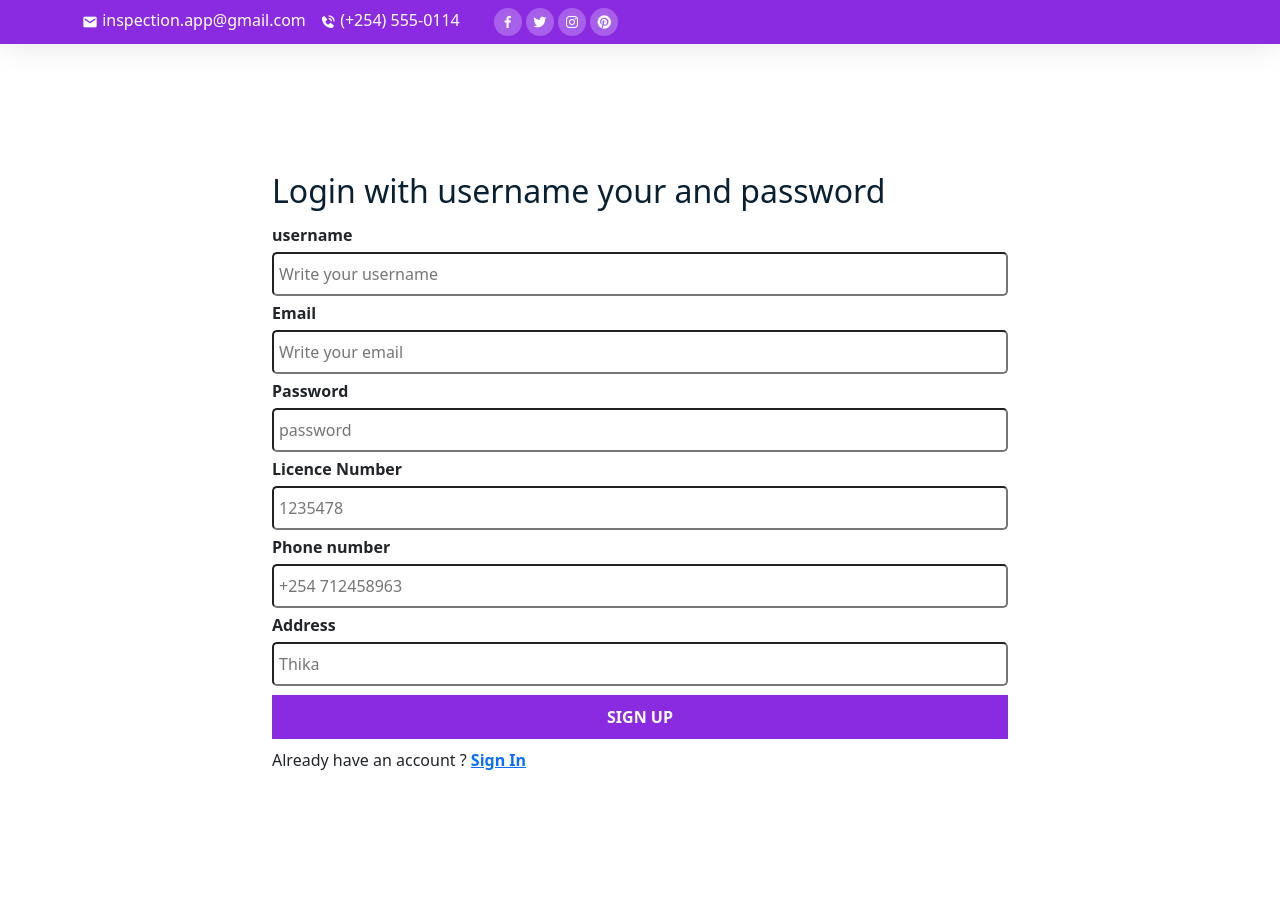
Repository: NDISHAW/Inspectionapp-rails
Page: public/signup.html
These files come from the project's save history. The page is drawn as it stood at one moment and after the next save; the edit follows.
The browser window is 1280 px wide. The pictures show the whole page.

Above is the page before, as saved 2022-10-09 04:46:52.

### public/signup.html
<!DOCTYPE html>
<html lang="en">
  <head>
    <meta charset="UTF-8" />
    <meta http-equiv="X-UA-Compatible" content="IE=edge" />
    <meta name="viewport" content="width=device-width, initial-scale=1.0" />
    <title>Sign up</title>
    <link rel="stylesheet" href="css/style.css">
    <link rel="stylesheet" href="css/bootstrap.min.css">
    <link rel="stylesheet" href="css/owl.carousel.min.css">
    <link rel="stylesheet" href="css/owl.theme.default.min.css">
    <link href='https://unpkg.com/boxicons@2.1.1/css/boxicons.min.css' rel='stylesheet'>

    <script src="/js/axios/dist/axios.min.js"></script>
  </head>
  <body data-bs-spy="scroll" data-bs-target=".navbar" data-bs-offset="70">


      <!-- TOP NAV -->
      <div class="top-nav navbar" id="home">
          <div class="container">
              <div class="row justify-content-between">
                  <div class="col-auto">
                      <p> <i class='bx bxs-envelope'></i> inspection.app@gmail.com</p>
                      <p> <i class='bx bxs-phone-call'></i> (+254) 555-0114</p>
                  </div>
                  <div class="col-auto social-icons">
                      <a href="#"><i class='bx bxl-facebook'></i></a>
                      <a href="#"><i class='bx bxl-twitter'></i></a>
                      <a href="#"><i class='bx bxl-instagram'></i></a>
                      <a href="#"><i class='bx bxl-pinterest'></i></a>
                  </div>
              </div>
          </div>
      </div>

    <section id="about">
      <div class="container">
        <div class="row justify-content-center">
          <div class="col-lg-8 py-5">
            <div class="row">
              <h2>Login with username your and password</h2>
              <div class="col-12">
      <!-- username  -->
      <div class="username">
        <label for="username">username</label>
        <input
          type="username"
          name="username"
          id="username"
          placeholder="Write your username"
        />
      </div>
      <!-- Email  -->
      <div class="email">
        <label for="email">Email</label>
        <input
          type="email"
          name="email"
          id="email"
          placeholder="Write your email"
        />
      </div>
      <!-- passWord -->
      <div class="pass">
        <label for="password">Password</label>
        <input
          type="password"
          name="password"
          id="password"
          placeholder="password"
        />
      </div>
      <!-- licence_no -->
      <div class="pass">
        <label for="licence_no">Licence Number</label>
        <input
          name="licence_no"
          id="licence_no"
          placeholder="1235478"
        />
      </div>

      <!-- phone -->
      <div class="pass">
        <label for="phone">Phone number</label>
        <input
          name="phone"
          id="phone"
          placeholder="+254 712458963"
        />
      </div>

      <!-- address -->
      <div class="pass">
        <label for="address">Address</label>
        <input
          type="address"
          name="address"
          id="address"
          placeholder="Thika"
        />
      </div>
      <!-- Rails button -->
      <!-- <button id="submit-btn" onclick="rails()">Rails test</button> -->
      <!-- Sign Up button -->
      <button id="submit-btn" onclick="signUp();">Sign Up</button>
      <!-- Sign In option -->
      <p>Already have an account ?</p>
      <span><a href="signIn.html">Sign In</a></span>
    </div>
    </div>
    </div>
    </section>
  </div>
    <script src="main.js"></script>
  </body>
</html>

### public/css/style.css
@import url('https://fonts.googleapis.com/css2?family=Barlow:wght@400;500;600;700&display=swap');

:root {
    --brand: blueviolet;
    --dark: #092032;
    --body: #516171;
    --border: rgba(0,0,0,0.08);
    --shadow: 0px 6px 30px rgba(0, 0, 0, 0.08);

}

body {
    font-family: "Barlow", sans-serif;
    color: var(--body);
    line-height: 1.7;
}

h1,h2,h3,h4,h5,h6,
.display-1,.display-2,.display-3,.display-4 {
    font-weight: 700;
    color: var(--dark);
}

.bg-cover {
    background-size: cover;
    background-position: center;
    background-repeat: no-repeat;
}

img {
    width: 100%;
}

a {
    color: var(--dark);
    transition: all 0.4s ease;
    font-weight: 500;
}

a:hover {
    color: var(--brand);
}

section {
    padding-top: 80px;
    padding-bottom: 80px;
}

.text-brand {
    color: var(--brand) !important;
}


.hero-slider .owl-prev,
.hero-slider .owl-next{
    background-color: rgba(255, 255, 255, 0.3) !important;
    width: 60px !important;
    height: 60px !important;
    display: block;
    display: grid;
    place-items: center;
    color: #fff !important;
    border-radius: 100px;
    line-height: 0;
    border-radius: 100px !important;
    position: absolute;
    top: 50%;
    font-weight: 600 !important;
    font-size: 12px !important;
    transition: all 0.4s ease;
    margin-top: -30px !important;
}

.owl-prev {
    left: 0;
}
.owl-next {
    right: 0;
}

.hero-slider .owl-prev:hover,
.hero-slider .owl-next:hover {
    background-color: var(--brand) !important;
}

.owl-dot.active span{
    background-color: var(--brand) !important;
}


 /* slide */
 .slide {
     min-height: 100vh;
     display: flex;
     align-items: center;
     justify-content: center;
     position: relative;
}

.slide1 {
    background: linear-gradient(rgba(0, 0, 0, 0.4), rgba(0, 0, 0, 0.4)), url(../img/mec2.jpg);
    background-size: cover;
    background-position: center;
    background-repeat: no-repeat;
}

.slide2 {
    background: linear-gradient(rgba(0, 0, 0, 0.4), rgba(0, 0, 0, 0.4)), url(../img/world3.jpg);
    background-size: cover;
    background-position: center;
    background-repeat: no-repeat;
}

.slide .display-3 {
    text-transform: uppercase;
    color: #fff;
}

/* navbar */
.top-nav {
    background-color: var(--brand);
    color: #fff;
    padding-top: 5px;
    padding-bottom: 5px;
}

.top-nav p {
    display: inline-block;
    margin-bottom: 0;
    margin-right: 10px;
}

.top-nav span,
.top-nav i {
    vertical-align: middle;
}

.navbar {
    box-shadow: var(--shadow);
}

.social-icons a {
    width: 28px;
    height: 28px;
    display: inline-flex;
    color: #fff;
    background-color: rgba(255, 255, 255, 0.25);
    text-decoration: none;
    align-items: center;
    justify-content: center;
    border-radius: 100px;
}

.social-icons a:hover {
    background-color: #fff;
    color: var(--brand);
}

.navbar .navbar-nav .nav-link {
    color: var(--dark);
}

.navbar .navbar-nav .nav-link:hover {
    color: var(--brand);
}

.navbar .navbar-nav .nav-link.active {
    color: var(--brand);
}

.navbar-brand {
    font-size: 28px;
    font-weight: 700;
}

.navbar-brand .dot {
    color: var(--brand);
}

.btn {
    padding: 8px 26px;
}

.btn-brand {
    border-color: var(--brand);
    background-color: var(--brand);
    color: #fff;
}

.btn-brand:hover {
    background-color: #d64022;
    border-color: #d64022;
    color: #fff;
}

.intro {margin-bottom: 36px;
text-align: center;}

.intro p {
    max-width: 500px;
}
.intro h6{
    color: var(--brand);
    font-weight: 400;
    text-transform: uppercase;
}

.intro h1 {
    margin-top: 15px;
    margin-bottom: 15px;
}

.info-box {
    align-items: center;
    display: flex;
}

.info-box img {
    width: 90px;
}


#milestone {
    background: linear-gradient(rgba(136, 42, 143, 0.85), rgba(48, 181, 123, 0.85)), url(../img/inspe.jpg);
    background-size: cover;
    background-position: center;
    background-repeat: no-repeat;
}

#milestone h1,
#milestone p {
    color: #fff;
}

.service {
    padding: 32px;
    background-color: #fff;
    box-shadow: var(--shadow);
}

.service h5 {
    margin-top: 24px;
    margin-bottom: 14px;
}

.service img {
    width: 90px;
}


.project {
    position: relative;
    overflow: hidden;
    z-index: 2;
}

.project h6 {
    font-weight: 400;
}

.project h6::before {
    content: "";
    height: 2px;
    width: 30px;
    display: inline-block;
    background: var(--brand);
    vertical-align: middle;
    margin-right: 10px;
}


.project .overlay {
    width: 100%;
    height: 220px;
    position: absolute;
    bottom: 0;
    left: 0;
    background: linear-gradient(180deg, rgba(255, 76, 41, 0) 0%, var(--dark) 100%);
}

.project .content {
    position: absolute;
    left: 10%;
    bottom: 10%
}

.project h2,
.project h6 {
    color: #fff;
}

.team-member {
    text-align: center;
}

.team-member .image{
    position: relative;
    z-index: 2;
    overflow: hidden;
}

.team-member .overlay {
    width: 100%;
    height: 100%;
    position: absolute;
    left: 0;
    top: -10%;
    background-color: rgba(255, 77, 41, 0.7);
    opacity: 0;
    transition: all 0.4s ease;
}

.team-member h5 {
    margin-top: 16px;
    margin-bottom: 4px;
}

.team-member .social-icons {
    position: absolute;
    top: 60%;
    left: 50%;
    transform: translate(-50%, -50%);
    z-index: 2;
    opacity: 0;
    transition: all 0.4s ease;
}

.team-member .social-icons a {
    width: 40px;
    height: 40px;
}

.team-member:hover .social-icons {
    top: 50%;
    opacity: 1;
}

.team-member:hover .overlay {
    top: 0%;
    opacity: 1;
}

#reviews {

    background: linear-gradient(-90deg, rgba(8, 32, 50, 0.8), rgba(8, 32, 50, 0.8)), url(../img/imago.jpg), #082032;;
    background-size: cover;
    background-position: center;
    background-repeat: no-repeat;
}

.review {
    text-align: center;
    z-index: 2;
    position: relative;
    margin: 15px;
    max-width: 768px;
    margin: auto;
}

.review .bxs-quote-alt-left {
    font-size: 120px;
    position: absolute;
    opacity: 0.1;
    left: 50%;
    top: 50%;
    transform: translate(-50%, -50%);
    color: #fff;
}

.review img {
    width: 80px !important;
    height: 80px;
    border-radius: 100px;
    margin: auto;
}

.review h5 {
    margin-top: 16px;
    margin-bottom: 4px;
    color: #fff;
}

.review h3 {
    margin-top: 26px;
    margin-bottom: 26px;
    font-size: 22px;
    color: #fff;
    font-weight: 400;
    line-height: 1.7;
}

.review small {
    color: var(--brand);
}

.review .stars {
    color: var(--brand);
}

.blog-post {
    position: relative;
    background-color: #fff;
    box-shadow: var(--shadow);
}

.blog-post .content {
    padding: 32px;
}

.blog-post a {
    position: absolute;
    top: 20px;
    left: 20px;
    background-color: var(--brand);
    padding: 2px 12px;
    border-radius: 100px;
    text-decoration: none;
    color: #fff;
}

.blog-post h5 {
    margin-top: 12px;
    margin-bottom: 12px;
}

.blog-post small {
    text-transform: uppercase;
    color: var(--brand);
    text-decoration: underline;
}

footer {
    background: linear-gradient(0deg, rgba(8, 32, 50, 0.9), rgba(8, 32, 50, 0.9)), url(../img/teammech.jpg), #082032;;
    background-size: cover;
    background-position: center;
    background-repeat: no-repeat;
}

footer .footer-top {
    padding-top: 80px;
    padding-bottom: 40px;
}

.footer-bottom {
    border-top: 1px solid rgba(255, 255, 255, 0.1);
    padding-bottom: 20px;
    padding-top: 20px;
}

footer .navbar-brand {
    color: #fff;
}

footer p {
    color: #ADB3B9;
}

footer .social-icons a {
    width: 50px;
    height: 50px;
    font-size: 20px;
    margin-left: 4px;
    margin-right: 4px;
}

.loader {
    min-height: 100vh;
    display: flex;
    align-items: center;
    justify-content: center;
    background-color: red;
    z-index: 99999;
    position: fixed;
    left: 0;
    right: 0;
}


input.form-control {
    border-color: transparent;
    height: 44px;
}

.form-control {
    background-color: rgba(0, 0, 0, 0.04);
    border-color: rgba(0, 0, 0, 0.04);;
}

.form-control:focus {
    box-shadow: none;
    border-color: var(--brand);
}
.form {
    width: 400px;
    border-radius: 5px;
    background-color: white;
    height:fit-content;
    padding: 5px 10px;
    background-color: #9633FF;
}
label {
    display: block;
    font-weight: bolder;
    margin: 5px 0px;
}

input {
    width: 100%;
    padding: 8px 5px;
    border-radius: 5px;
    margin-bottom: 10px;
}

#submit-btn {
    border: none;
    background-color: blueviolet;
    width: 100%;
    padding: 10px 8px;
    color: white;
    font-weight: bolder;
    text-transform: uppercase;
    cursor: pointer;
    margin: 9px 0px;
}

p {
    font-size: 16px;
    border-radius: 10px;
    cursor: pointer;
    display: inline-block;
}

a {
    text-decoration: none;
    font-weight: bolder;
}


/*@import url(https://fonts.googleapis.com/css?family=Roboto:400,300,500);*/
*:focus {
    outline: none;

}

### public/main.js
// // setting up firebase with our website
// const firebaseApp = firebase.initializeApp({
//         apiKey: "AIzaSyDF9DKF44fhzBzk5fZB5Mk4_21q4Ey2kxQ",
//         authDomain: "inspection-e4bf7.firebaseapp.com",
//         projectId: "inspection-e4bf7",
//         storageBucket: "inspection-e4bf7.appspot.com",
//         messagingSenderId: "94545597565",
//         appId: "1:94545597565:web:9e1d12415061541a4ecd14",
//         measurementId: "G-P207FELWW2"
//       });
// const db = firebaseApp.firestore();
// const auth = firebaseApp.auth();

// Sign up function
// function signUp(){
//     //DOM manupilation
//     const email = document.getElementById("email").value;
//     const password = document.getElementById("password").value;
//     const phone = document.getElementById("phone").value;
//     const licence_no = document.getElementById("licence_no").value;
//     const address = document.getElementById("address").value;
//     console.log(email, password)
//     // firebase code
//     firebase.auth().createUserWithEmailAndPassword(email, password)
//         .then((result) => {
//             // Signed in
//             document.write("You are Signed Up")
//             window.location = "dashboard.html";
//             console.log(result)
//             // ...
//         })
//         .catch((error) => {
//             console.log(error.code);
//             console.log(error.message)
//             // ..
//         });
// }




// Sign In function
// const username = document.getElementById("username").value;
// const password = document.getElementById("password").value;

function signIn() {
    const username = document.getElementById("username").value;
    const password = document.getElementById("password").value;
    // firebase code
    // firebase.auth().signInWithEmailAndPassword(email, password)
    axios
        .post("http://localhost:3000/api/login", {
            password: password,
            username: username,
            // phone: phone,
            // licence_no: licence_no,
            // address: address,
        })
        .then((result) => {
            // Signed in
            document.write("You are Signed In");
            // window.location = "form.html";
            window.location = "dashboard.html";

            console.log(result);
        })
        .catch((error) => {
            console.log(error.code);
            console.log(error.message);
        });
}

function signUp() {
  const username = document.getElementById("username").value;
  const email = document.getElementById("email").value;
  const password = document.getElementById("password").value;const phone = document.getElementById("phone").value;const licence_no = document.getElementById("licence_no").value;const address = document.getElementById("address").value;
  // firebase code
  // firebase.auth().signInWithEmailAndPassword(email, password)
  axios
    .post("http://localhost:3000/api/signup", {
      username: username,
      password: password,
      phone: phone,
      licence_no: licence_no,
      address: address,
      email: email,
    })
    .then((result) => {
      // Signed in
      document.write("You are Signed Up");
      // window.location = "form.html";
      window.location = "dashboard.html";

      console.log(result);
    })
    .catch((error) => {
      console.log(error.code);
      console.log(error.message);
    });
}

Loaded but not shown: public/css/bootstrap.min.css (library); public/css/owl.carousel.min.css (library); public/css/owl.theme.default.min.css (common file); public/js/axios/dist/axios.min.js (library)

After the next save:
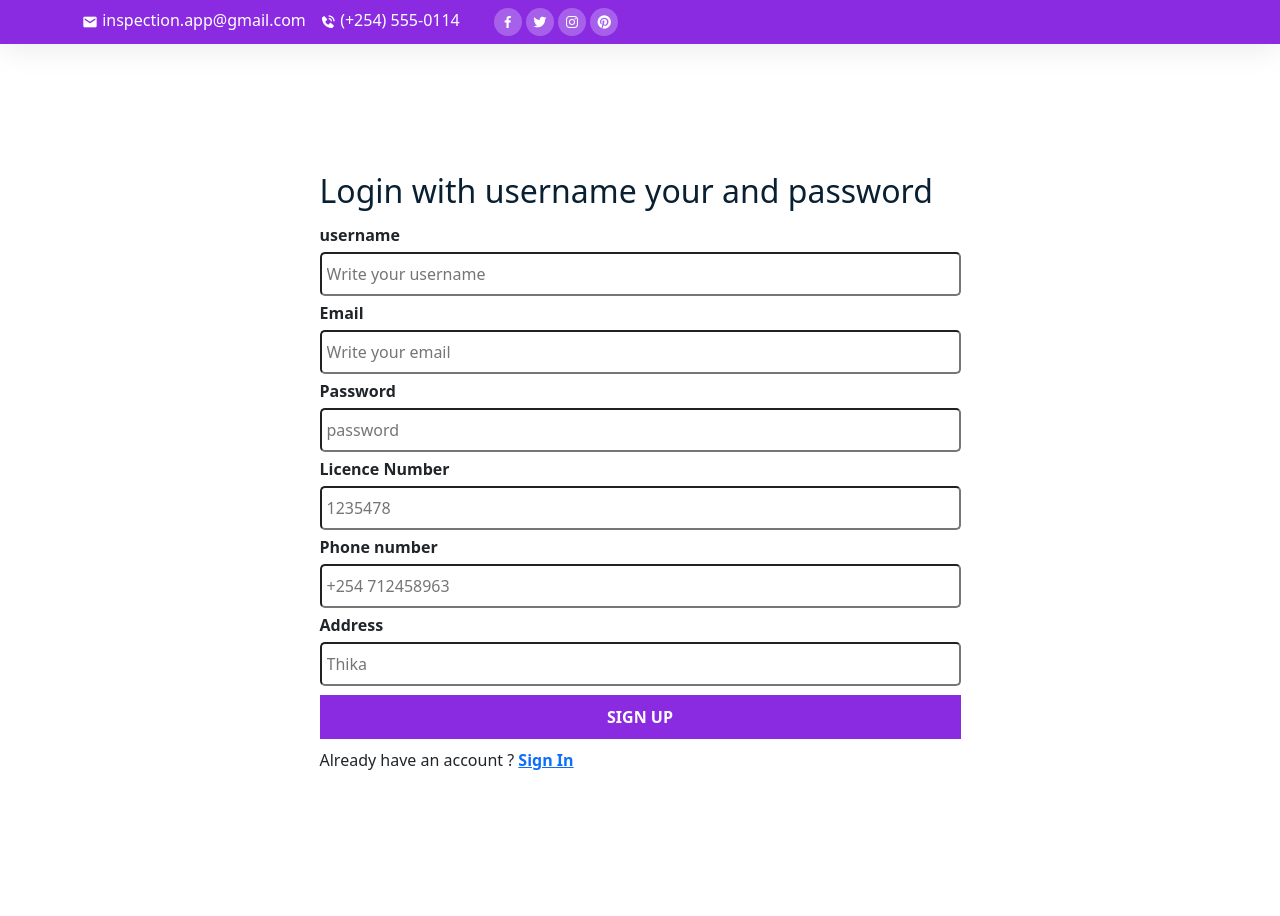
Saved 6 s later.
--- a/public/signup.html
+++ b/public/signup.html
@@ -37,7 +37,7 @@
     <section id="about">
       <div class="container">
         <div class="row justify-content-center">
-          <div class="col-lg-8 py-5">
+          <div class="col-lg-7 py-5">
             <div class="row">
               <h2>Login with username your and password</h2>
               <div class="col-12">
